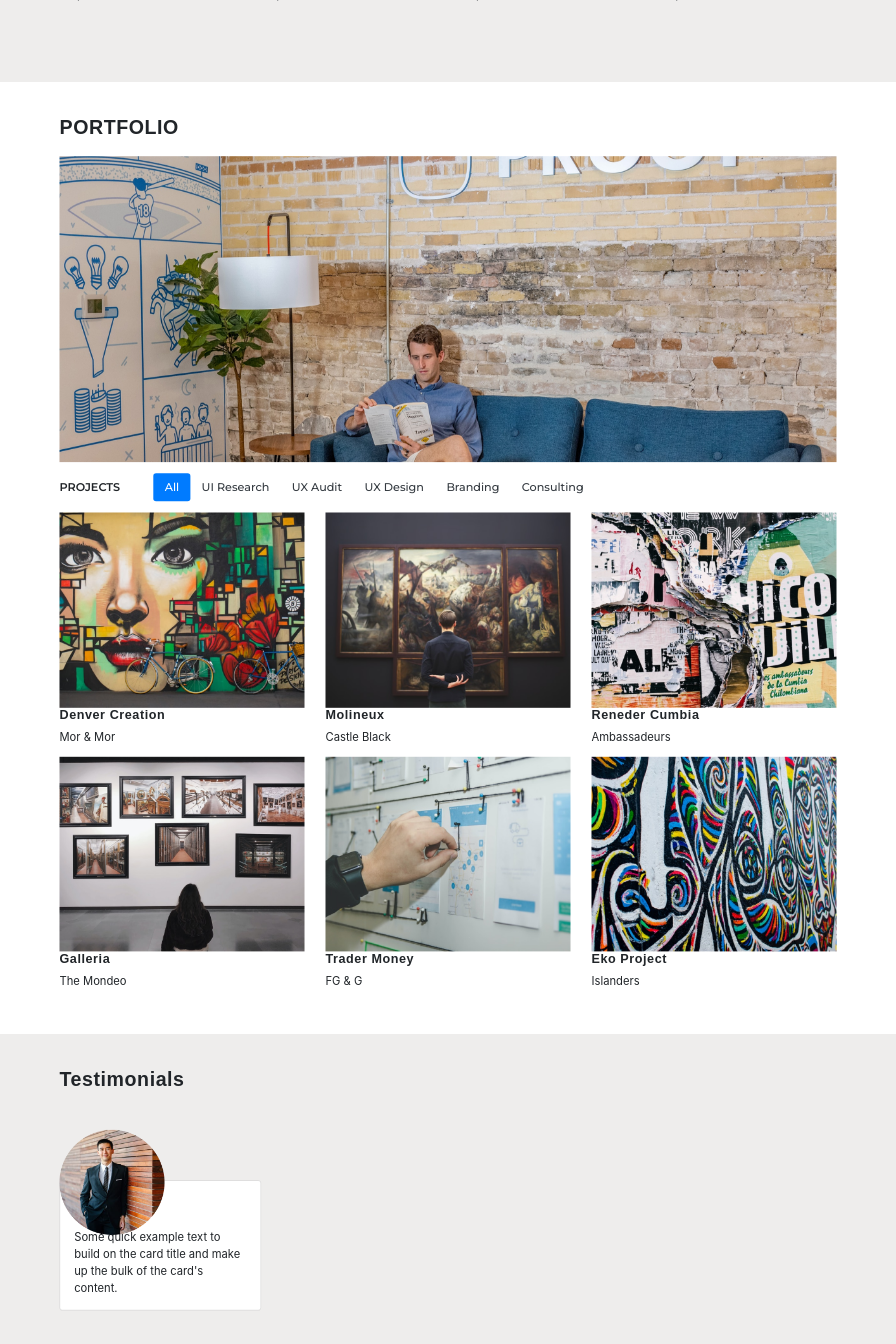
Repository: Syfon01/hng-port
Page: index.html
These files come from the project's save history. The page is drawn as it stood at one moment and after the next save; the edit follows.
The browser window is 1280 px wide. The pictures show the part of the page from y = 1783 to 3703 px (the page is 3703 px tall), at 70% of full size.
Some web fonts or font styles are not loaded; a fallback is used.

Above is the page before, as saved 2020-06-28 19:29:54.

### index.html
<!doctype html>
<html lang="en">
  <head>
    <title>Resume</title>
    <!-- Required meta tags -->
    <meta charset="utf-8">
    <meta name="viewport" content="width=device-width, initial-scale=1, shrink-to-fit=no">

    <!-- Bootstrap CSS -->
    <link rel="stylesheet" href="https://stackpath.bootstrapcdn.com/bootstrap/4.5.0/css/bootstrap.min.css"
      integrity="sha384-9aIt2nRpC12Uk9gS9baDl411NQApFmC26EwAOH8WgZl5MYYxFfc+NcPb1dKGj7Sk" crossorigin="anonymous">
    <link rel="stylesheet" href="style.css">
  </head>
  <body>
    <section id="home">
      <div class="container pt-3">
        <nav class="navbar navbar-expand-lg navbar-light text-white navigation">
          <a class="navbar-brand head-logo px-3 py-1" href="#">A-Z Creative</a>
          <button class="navbar-toggler" type="button" data-toggle="collapse" data-target="#navbarNav" aria-controls="navbarNav"
            aria-expanded="false" aria-label="Toggle navigation">
            <span class="navbar-toggler-icon"></span>
          </button>
          <div class="collapse navbar-collapse" id="navbarNav">
            <ul class="navbar-nav ml-auto">
              <li class="nav-item active">
                <a class="nav-link head-link" href="#">Home <span class="sr-only">(current)</span></a>
              </li>
              <li class="nav-item">
                <a class="nav-link head-link" href="#">About Us</a>
              </li>
              <li class="nav-item">
                <a class="nav-link head-link" href="#">Services</a>
              </li>
              <li class="nav-item">
                <a class="nav-link head-link" href="#">Portfolio</a>
              </li>
              <li class="nav-item">
                <a class="nav-link head-link" href="#">Testimonials</a>
              </li>
              <li class="nav-item">
                <a class="nav-link head-link " href="#">Contact Us</a>
              </li>
            </ul>
          </div>
        </nav>

        <div class="home-content text-white text-center py-5">
          <h1 class="head-text py-3">CREATIVITY <span style="color: white;">IS</span>
            <br>
            INTELLIGENCE <span style="color: white;">HAVING FUN.</span></h1>
          <p class="head-sub-text py-3">Our personal and effective approach to every <br> project we work on, is why our clients <br> keep coming back.</p>
          <button type="submit" class="btn head-btn btn-light px-4">Get Started</button>
        </div>
      </div>

    </section>

    <section id="about">
      <div class="container py-5">
        <h3>ABOUT A-Z CREATIVES</h3>

        <div class="row py-4">
          <div class="col-lg-8 col-md-8 col-sm-12 col-12">
              <img src="./img/about.png" alt="" srcset="" class="img-fluid">
          </div>

          <div class="col-lg-4 col-md-4 col-sm-12 col-12">
            <p class="about-text">Lorem ipsum dolor sit amet, consectetur adipiscing elit, sed do eiusmod tempor incididunt ut labore et dolore magna aliqua. Ut enim ad minim veniam, quis nostrud exercitation ullamco laboris nisi ut aliquip ex ea commodo consequat. Duis aute irure dolor in reprehenderit in voluptate velit esse cillum dolore eu fugiat nulla pariatur. Excepteur sint occaecat cupidatat non proident, sunt in culpa qui officia deserunt mollit anim id est laborum.</p>
          </div>
        </div>

        <h3 class="py-3">Our personal and effective approach to every project we work on, is why our clients keep coming back.</h3>
      </div>
    </section>

    <section id="services">
      <div class="container py-5">
        <h3>
          OUR SERVICES
        </h3>
        <h4 class="py-3">
          Lorem ipsum dolor sit amet, consectetur adipiscing elit, sed do eiusmod tempor incididunt ut labore et dolore magna
          aliqua. Ut enim ad minim veniam, quis nostrud exercitation ullamco laboris nisi ut aliquip ex ea commodo consequat.
        </h4>

        <div class="row py-5">
          <div class="col-lg-3 col-md-6 col-sm-12 ">
            <h5><img src="./img/svg/ux.svg">  UX RESEARCH</h5>
            <p class="services-text">
              adipiscing elit, sed do eiusmod tempor tempo incididunt ut labore et dolore magna aliqua. Ut enim ad tempo
              adipiscing elit, sed do eiusmod
            </p>
          </div>
          <div class="col-lg-3 col-md-6 col-sm-12 ">
          <h5><img src="./img/svg/ux.svg"> UX RESEARCH</h5>
          <p class="services-text">
            adipiscing elit, sed do eiusmod tempor tempo incididunt ut labore et dolore magna aliqua. Ut enim ad tempo
            adipiscing elit, sed do eiusmod
          </p>
          </div>
          <div class="col-lg-3 col-md-6 col-sm-12 ">
            <h5><img src="./img/svg/ux.svg"> UX RESEARCH</h5>
            <p class="services-text">
              adipiscing elit, sed do eiusmod tempor tempo incididunt ut labore et dolore magna aliqua. Ut enim ad tempo
              adipiscing elit, sed do eiusmod
            </p>
          </div>
          <div class="col-lg-3 col-md-6 col-sm-12 ">
            <h5><img src="./img/svg/ux.svg"> UX RESEARCH</h5>
            <p class="services-text">
              adipiscing elit, sed do eiusmod tempor tempo incididunt ut labore et dolore magna aliqua. Ut enim ad tempo
              adipiscing elit, sed do eiusmod
            </p>
          </div>
        </div>
      </div>
    </section>

    <section id="portfolio">
        <div class="container py-5">
          <h3>PORTFOLIO</h3>
          <div class="img py-3">
            <img src="./img/portfolio.png" alt="" class="img-fluid">
          </div>

          <div class="pill">
            <ul class="nav nav-pills mb-3" id="pills-tab" role="tablist">
              <li class="nav-item projects mr-5 mt-2">
                PROJECTS
              </li>
              <li class="nav-item" role="presentation">
                <a class="nav-link active projects-link" id="pills-all-tab" data-toggle="pill" href="#pills-all" role="tab"
                  aria-controls="pills-all" aria-selected="true">All</a>
              </li>
              <li class="nav-item" role="presentation">
                <a class="nav-link text-dark projects-link" id="pills-reasearch-tab" data-toggle="pill" href="#pills-reasearch" role="tab"
                  aria-controls="pills-reasearch" aria-selected="false">UI Research</a>
              </li>
              <li class="nav-item" role="presentation">
                <a class="nav-link text-dark projects-link" id="pills-audit-tab" data-toggle="pill" href="#pills-audit" role="tab"
                  aria-controls="pills-audit" aria-selected="false">UX Audit</a>
              </li>
              <li class="nav-item" role="presentation">
                <a class="nav-link text-dark projects-link" id="pills-design-tab" data-toggle="pill" href="#pills-design" role="tab"
                  aria-controls="pills-design" aria-selected="false">UX Design</a>
              </li>
              <li class="nav-item" role="presentation">
                <a class="nav-link text-dark projects-link" id="pills-branding-tab" data-toggle="pill" href="#pills-branding" role="tab"
                  aria-controls="pills-branding" aria-selected="false">Branding</a>
              </li>
              <li class="nav-item" role="presentation">
                <a class="nav-link text-dark projects-link" id="pills-consulting-tab" data-toggle="pill" href="#pills-consulting" role="tab"
                  aria-controls="pills-consulting" aria-selected="false">Consulting</a>
              </li>
            </ul>
            <!-- all tabs  -->
            <div class="tab-content" id="pills-tabContent">
              <div class="tab-pane fade show active" id="pills-all" role="tabpanel" aria-labelledby="pills-all-tab">
                <div class="row">
                  <div class="col-lg-4 col-md-4 col-sm-6">
                    <img src="./img/port1.png" alt="" srcset="" class="img-fluid">
                    <h5 class="project-name"> Denver Creation</h5>
                    <p class="project-owner">Mor & Mor</p>
                  </div>
                  <div class="col-lg-4 col-md-4 col-sm-6">
                    <img src="./img/port2.png" alt="" srcset="" class="img-fluid">
                    <h5 class="project-name"> Molineux</h5>
                    <p class="project-owner">Castle Black</p>
                  </div>
                  <div class="col-lg-4 col-md-4 col-sm-6">
                    <img src="./img/port3.png" alt="" srcset="" class="img-fluid">
                    <h5 class="project-name"> Reneder Cumbia</h5>
                    <p class="project-owner">Ambassadeurs</p>
                  </div>
                </div>

                <div class="row">
                  <div class="col-lg-4 col-md-4 col-sm-6">
                    <img src="./img/port4.png" alt="" srcset="" class="img-fluid">
                    <h5 class="project-name"> Galleria</h5>
                    <p class="project-owner">The Mondeo</p>
                  </div>
                  <div class="col-lg-4 col-md-4 col-sm-6">
                    <img src="./img/port5.png" alt="" srcset="" class="img-fluid">
                    <h5 class="project-name"> Trader Money</h5>
                    <p class="project-owner">FG & G</p>
                  </div>
                  <div class="col-lg-4 col-md-4 col-sm-6">
                    <img src="./img/port6.png" alt="" srcset="" class="img-fluid">
                    <h5 class="project-name"> Eko Project</h5>
                    <p class="project-owner">Islanders</p>
                  </div>
                </div>
              </div>
                <!-- ui/ux research  -->
              <div class="tab-pane fade" id="pills-reasearch" role="tabpanel" aria-labelledby="pills-reasearch-tab">
                  <div class="row">
                    <div class="col-lg-4 col-md-4 col-sm-6">
                      <img src="./img/port6.png" alt="" srcset="" class="img-fluid">
                      <h5 class="project-name"> Eko Project</h5>
                      <p class="project-owner">Islanders</p>
                    </div>
                    <div class="col-lg-4 col-md-4 col-sm-6">
                      <img src="./img/port5.png" alt="" srcset="" class="img-fluid">
                      <h5 class="project-name"> Trader Money</h5>
                      <p class="project-owner">FG & G</p>
                    </div>
                    <div class="col-lg-4 col-md-4 col-sm-6">
                      <img src="./img/port4.png" alt="" srcset="" class="img-fluid">
                      <h5 class="project-name"> Galleria</h5>
                      <p class="project-owner">The Mondeo</p>
                    </div>
                  </div>

                  <div class="row">
                    <div class="col-lg-4 col-md-4 col-sm-6">
                      <img src="./img/port3.png" alt="" srcset="" class="img-fluid">
                      <h5 class="project-name"> Reneder Cumbia</h5>
                      <p class="project-owner">Ambassadeurs</p>
                    </div>
                    <div class="col-lg-4 col-md-4 col-sm-6">
                      <img src="./img/port2.png" alt="" srcset="" class="img-fluid">
                      <h5 class="project-name"> Molineux</h5>
                      <p class="project-owner">Castle Black</p>
                    </div>
                    <div class="col-lg-4 col-md-4 col-sm-6">
                      <img src="./img/port1.png" alt="" srcset="" class="img-fluid">
                      <h5 class="project-name"> Denver Creation</h5>
                      <p class="project-owner">Mor & Mor</p>
                    </div>
                  </div>
              </div>
              <!-- ui audit -->
              <div class="tab-pane fade" id="pills-audit" role="tabpanel" aria-labelledby="pills-audit-tab">
                <div class="row">
                  <div class="col-lg-4 col-md-4 col-sm-6">
                    <img src="./img/port3.png" alt="" srcset="" class="img-fluid">
                    <h5 class="project-name"> Reneder Cumbia</h5>
                    <p class="project-owner">Ambassadeurs</p>
                  </div>
                  <div class="col-lg-4 col-md-4 col-sm-6">
                    <img src="./img/port2.png" alt="" srcset="" class="img-fluid">
                    <h5 class="project-name"> Molineux</h5>
                    <p class="project-owner">Castle Black</p>
                  </div>
                  <div class="col-lg-4 col-md-4 col-sm-6">
                    <img src="./img/port1.png" alt="" srcset="" class="img-fluid">
                    <h5 class="project-name"> Denver Creation</h5>
                    <p class="project-owner">Mor & Mor</p>
                  </div>
                </div>

                <div class="row">
                  <div class="col-lg-4 col-md-4 col-sm-6">
                    <img src="./img/port6.png" alt="" srcset="" class="img-fluid">
                    <h5 class="project-name"> Eko Project</h5>
                    <p class="project-owner">Islanders</p>
                  </div>
                  <div class="col-lg-4 col-md-4 col-sm-6">
                    <img src="./img/port5.png" alt="" srcset="" class="img-fluid">
                    <h5 class="project-name"> Trader Money</h5>
                    <p class="project-owner">FG & G</p>
                  </div>
                  <div class="col-lg-4 col-md-4 col-sm-6">
                    <img src="./img/port4.png" alt="" srcset="" class="img-fluid">
                    <h5 class="project-name"> Denver Creation</h5>
                    <p class="project-owner">Mor & Mor</p>
                  </div>
                </div>
              </div>

              <!-- design -->
              <div class="tab-pane fade" id="pills-design" role="tabpanel" aria-labelledby="pills-design-tab">
                <div class="row">
                  <div class="col-lg-4 col-md-4 col-sm-6">
                    <img src="./img/port1.png" alt="" srcset="" class="img-fluid">
                    <h5 class="project-name"> Denver Creation</h5>
                    <p class="project-owner">Mor & Mor</p>
                  </div>
                  <div class="col-lg-4 col-md-4 col-sm-6">
                    <img src="./img/port3.png" alt="" srcset="" class="img-fluid">
                    <h5 class="project-name"> Reneder Cumbia</h5>
                    <p class="project-owner">Ambassadeurs</p>
                  </div>
                  <div class="col-lg-4 col-md-4 col-sm-6">
                    <img src="./img/port5.png" alt="" srcset="" class="img-fluid">
                    <h5 class="project-name"> Trader Money</h5>
                    <p class="project-owner">FG & G</p>
                  </div>
                </div>

                <div class="row">
                  <div class="col-lg-4 col-md-4 col-sm-6">
                    <img src="./img/port2.png" alt="" srcset="" class="img-fluid">
                    <h5 class="project-name"> Molineux</h5>
                    <p class="project-owner">Castle Black</p>
                  </div>
                  <div class="col-lg-4 col-md-4 col-sm-6">
                    <img src="./img/port4.png" alt="" srcset="" class="img-fluid">
                    <h5 class="project-name"> Denver Creation</h5>
                    <p class="project-owner">Mor & Mor</p>
                  </div>
                  <div class="col-lg-4 col-md-4 col-sm-6">
                    <img src="./img/port6.png" alt="" srcset="" class="img-fluid">
                    <h5 class="project-name"> Eko Project</h5>
                    <p class="project-owner">Islanders</p>
                  </div>
                </div>
              </div>
              <!-- branding -->
              <div class="tab-pane fade" id="pills-branding" role="tabpanel" aria-labelledby="pills-branding-tab">
                <div class="row">
                  <div class="col-lg-4 col-md-4 col-sm-6">
                    <img src="./img/port2.png" alt="" srcset="" class="img-fluid">
                    <h5 class="project-name"> Molineux</h5>
                    <p class="project-owner">Castle Black</p>
                  </div>
                  <div class="col-lg-4 col-md-4 col-sm-6">
                    <img src="./img/port4.png" alt="" srcset="" class="img-fluid">
                    <h5 class="project-name"> Denver Creation</h5>
                    <p class="project-owner">Mor & Mor</p>
                  </div>
                  <div class="col-lg-4 col-md-4 col-sm-6">
                    <img src="./img/port6.png" alt="" srcset="" class="img-fluid">
                    <h5 class="project-name"> Eko Project</h5>
                    <p class="project-owner">Islanders</p>
                  </div>
                </div>

                <div class="row">
                  <div class="col-lg-4 col-md-4 col-sm-6">
                    <img src="./img/port1.png" alt="" srcset="" class="img-fluid">
                    <h5 class="project-name"> Denver Creation</h5>
                    <p class="project-owner">Mor & Mor</p>
                  </div>
                  <div class="col-lg-4 col-md-4 col-sm-6">
                    <img src="./img/port3.png" alt="" srcset="" class="img-fluid">
                    <h5 class="project-name"> Reneder Cumbia</h5>
                    <p class="project-owner">Ambassadeurs</p>
                  </div>
                  <div class="col-lg-4 col-md-4 col-sm-6">
                    <img src="./img/port5.png" alt="" srcset="" class="img-fluid">
                    <h5 class="project-name"> Trader Money</h5>
                    <p class="project-owner">FG & G</p>
                  </div>
                </div>
              </div>
              <!-- consulting -->
              <div class="tab-pane fade" id="pills-consulting" role="tabpanel" aria-labelledby="pills-consulting-tab">
                <div class="row">
                  <div class="col-lg-4 col-md-4 col-sm-6">
                    <img src="./img/port6.png" alt="" srcset="" class="img-fluid">
                    <h5 class="project-name"> Eko Project</h5>
                    <p class="project-owner">Islanders</p>
                  </div>
                  <div class="col-lg-4 col-md-4 col-sm-6">
                    <img src="./img/port3.png" alt="" srcset="" class="img-fluid">
                    <h5 class="project-name"> Reneder Cumbia</h5>
                    <p class="project-owner">Ambassadeurs</p>
                  </div>
                  <div class="col-lg-4 col-md-4 col-sm-6">
                    <img src="./img/port2.png" alt="" srcset="" class="img-fluid">
                    <h5 class="project-name"> Molineux</h5>
                    <p class="project-owner">Castle Black</p>
                  </div>
                </div>

                <div class="row">
                  <div class="col-lg-4 col-md-4 col-sm-6">
                    <img src="./img/port5.png" alt="" srcset="" class="img-fluid">
                    <h5 class="project-name"> Trader Money</h5>
                    <p class="project-owner">FG & G</p>
                  </div>
                  <div class="col-lg-4 col-md-4 col-sm-6">
                    <img src="./img/port4.png" alt="" srcset="" class="img-fluid">
                    <h5 class="project-name"> Denver Creation</h5>
                    <p class="project-owner">Mor & Mor</p>
                  </div>
                  <div class="col-lg-4 col-md-4 col-sm-6">
                    <img src="./img/port1.png" alt="" srcset="" class="img-fluid">
                    <h5 class="project-name"> Denver Creation</h5>
                    <p class="project-owner">Mor & Mor</p>
                  </div>
                </div>
              </div>
            </div>
          </div>
        </div>
    </section>

    <section id="testimonials">
      <div class="container py-5">
        <h3>
          Testimonials
        </h3>

        <div class="card-section">
          <div class="row">
            <div class="col-lg-4">
              <div class="card-section pt-4 mt-5">
                <div class="card card-dark pt-5 mt-5" style="width: 18rem;">
                  <div class="card-body">
                    <p class="card-text">Some quick example text to build on the card title and make up the bulk of the card's content.
                    </p>
                  </div>
                </div>
                <img src="./img/testimonial1.png" class="img-fluid card-image" alt="...">

              </div>
            </div>
          </div>
        </div>
      </div>

    </section>

    <!-- Optional JavaScript -->
    <!-- jQuery first, then Popper.js, then Bootstrap JS -->
    <script src="https://code.jquery.com/jquery-3.5.1.slim.min.js"
      integrity="sha384-DfXdz2htPH0lsSSs5nCTpuj/zy4C+OGpamoFVy38MVBnE+IbbVYUew+OrCXaRkfj" crossorigin="anonymous"></script>
    <script src="https://cdn.jsdelivr.net/npm/popper.js@1.16.0/dist/umd/popper.min.js"
      integrity="sha384-Q6E9RHvbIyZFJoft+2mJbHaEWldlvI9IOYy5n3zV9zzTtmI3UksdQRVvoxMfooAo" crossorigin="anonymous"></script>
    <script src="https://stackpath.bootstrapcdn.com/bootstrap/4.5.0/js/bootstrap.min.js"
      integrity="sha384-OgVRvuATP1z7JjHLkuOU7Xw704+h835Lr+6QL9UvYjZE3Ipu6Tp75j7Bh/kR0JKI" crossorigin="anonymous"></script>

  </body>
</html>

### style.css
@import url('https://fonts.googleapis.com/css2?family=Montserrat:wght@300;400;500;600;700&family=Playfair+Display+SC:wght@400;700&display=swap');

#home{
  background-image: url('/img/home.png'),
  linear-gradient(to bottom, rgba(0, 0, 0, 0.52), rgba(0, 0, 0, 0.73));
  background-size: cover;
}
.head-logo{
  font-family: 'Montserrat', sans-serif;
  font-weight: bold;
  font-size: 1.875rem;
  color: white!important;
  border: 2px solid white;
}
.head-link {
  font-family: 'Montserrat', sans-serif;
  font-weight: 500;
  font-size: 1rem;
  color: #fff!important;
}
.navigation{
  border-bottom: 3px solid white;
}
.head-text{
  font-family: 'Playfair Display SC', sans-serif;
  font-weight: bold;
  font-size: 3.125rem;
  color: #FF49C8;
}
.head-sub-text{
  font-family: 'Montserrat', sans-serif;
  font-weight: 500;
  font-size: 1.5rem;
}
.head-btn{
  font-family: 'Playfair Display SC', sans-serif;
  font-weight: bold;
  font-size: 1rem;
  border-radius: 1.875rem;
  cursor: pointer;
}
h3{
  font-family: 'Playfair Display SC', sans-serif;
  font-weight: bold;
  font-size: 1.75rem;
  letter-spacing: 0.8px;
}
.about-text{
  font-family: 'Montserrat', sans-serif;
  font-weight: 500;
  font-size: 1rem;
}
#services, #testimonials{
  background-color: #EEEDEC;
}
h4{
  font-family: 'Montserrat', sans-serif;
  font-weight: 500;
  font-size: 1.25rem;
}
h5{
  font-family: 'Playfair Display SC', sans-serif;
  font-weight: bold;
  font-size: 1.125rem;
  letter-spacing: 0.8px;
}
.services-text{
  font-family: 'Montserrat', sans-serif;
  font-weight: 500;
  font-size: 1rem;
}
.projects{
  font-family: 'Montserrat', sans-serif;
  font-weight: 600;
  font-size: 1rem;
}
.projects-link{
  font-family: 'Montserrat', sans-serif;
  font-weight: 500;
  font-size: 1rem;
}

.card-image{
  position: absolute;
  top:0;
  left: ;
  width: 150px;
  height: 150px;
  text-align: center;
}

.card-section{
  position:relative
}

After the next save:
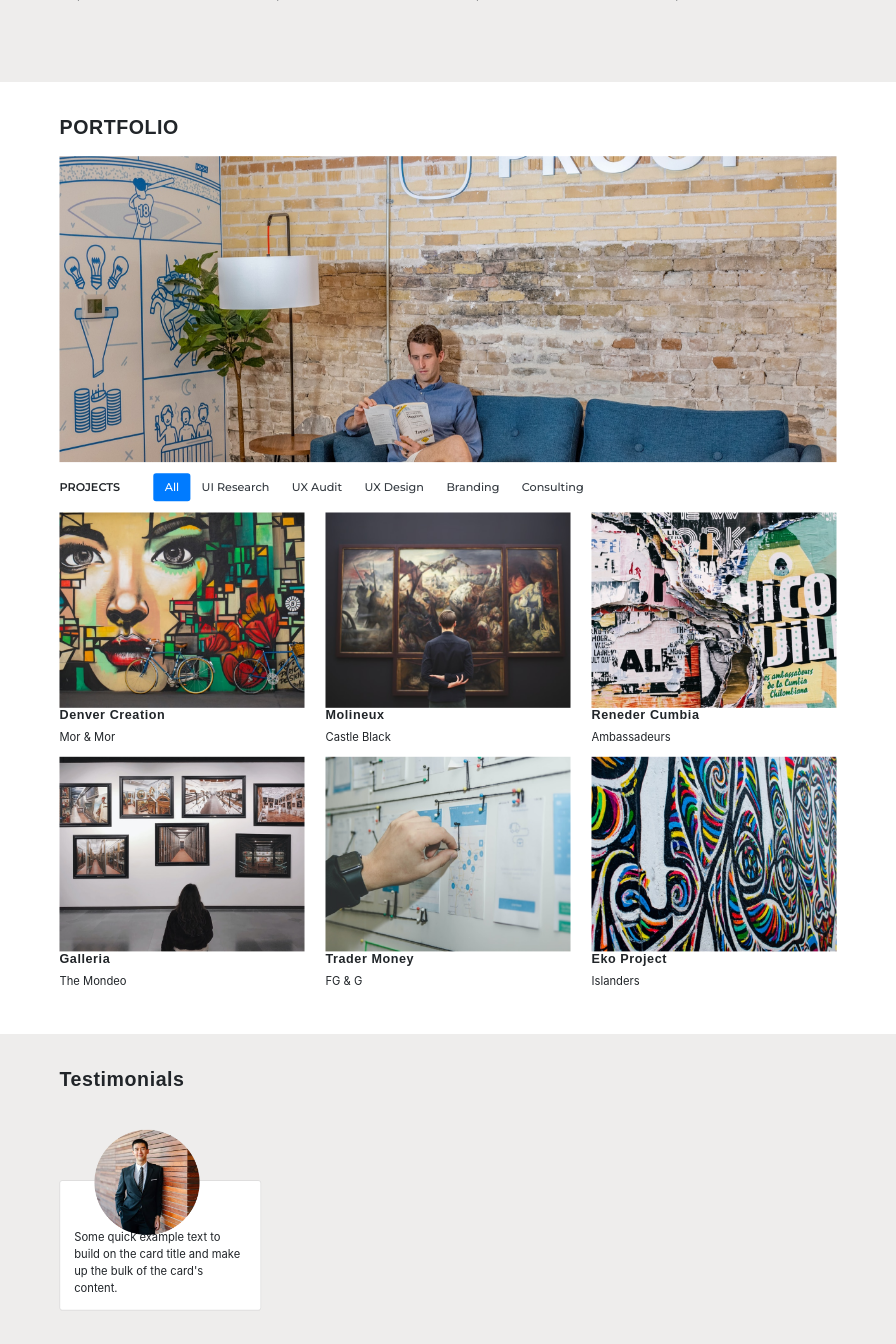
Saved 6 s later.
--- a/style.css
+++ b/style.css
@@ -83,7 +83,7 @@ h5{
 .card-image{
   position: absolute;
   top:0;
-  left: ;
+  left: 50px;
   width: 150px;
   height: 150px;
   text-align: center;
